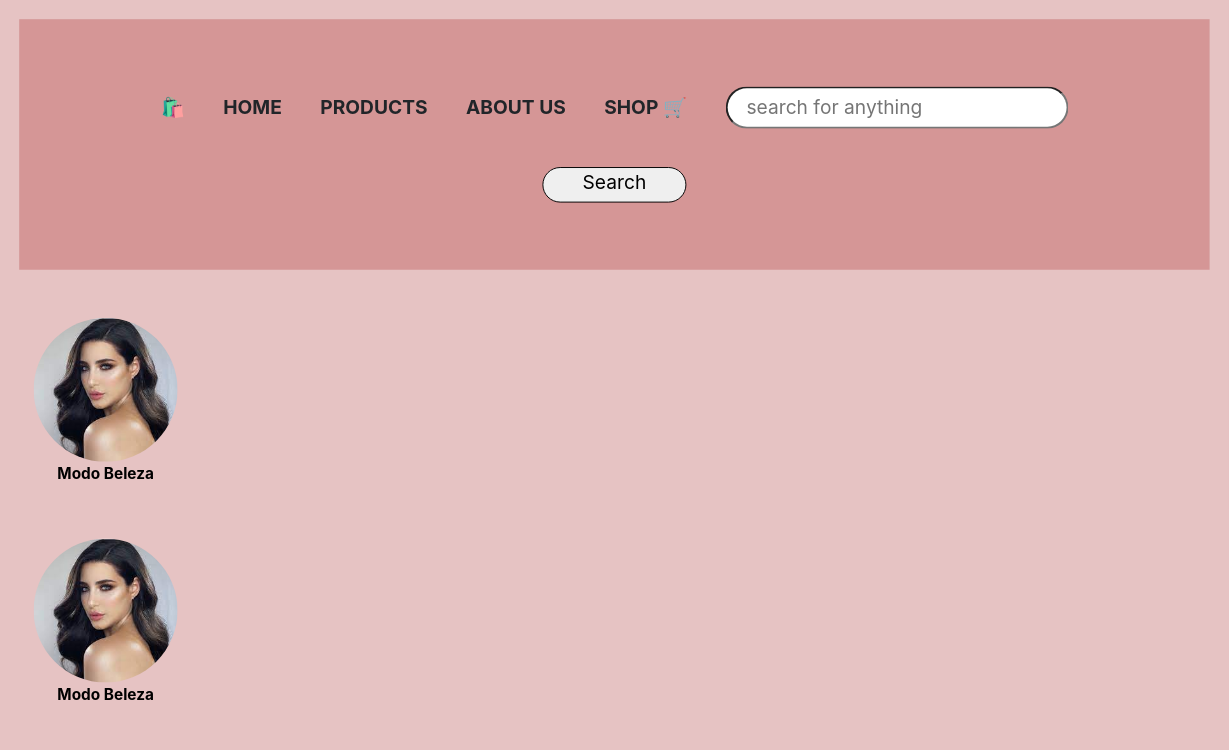
Repository: thf4/Project-Shop
Page: /
The author's editor kept a copy of each file at every save. The page is drawn from the files as they stood at one save, then again after the next save.
The browser window is 1280 px wide. The pictures show the whole page, at 96% of full size.
The project was rebuilt for these pictures with package versions that can differ from the ones it lists, and the page was loaded fresh each time.

Above is the page before, as saved 2021-04-22 14:35:32.

### src/index.js
import React from 'react';
import ReactDOM from 'react-dom';
import 'bootstrap/dist/css/bootstrap.min.css';
import App from './App'
import Exemplo from './Exemplo'

ReactDOM.render(
  <React.StrictMode>
   <App />
   <Exemplo />
  </React.StrictMode>,
  document.getElementById('root')
);

### src/App.js
/* eslint-disable jsx-a11y/anchor-is-valid */
import "./App.css";

function App() {
  return (
    <div className="App">
      <header className="App-header">
        <ul id="Lista">
          <li>🛍</li>
          <li> HOME </li>
          <li> PRODUCTS </li>
          <li> ABOUT US</li>
          <li> SHOP 🛒</li>
          <li>
            <input
              type="text"
              id="area-find"
              placeholder="search for anything"
            />
          </li>
          <li>
            <button id="button" for="input">
              Search
            </button>
          </li>
        </ul>

      </header>
    </div>
  );
}

export default App;

### src/Exemplo.js
/* eslint-disable jsx-a11y/anchor-is-valid */
import "./Exemplo.css";

function Exemplo(props) {

  return(
    <section  className="list">

    <NovaFoto />
    <NovaFoto />
    </section>
  )
}

function NovaFoto() {
  return (
    <div className="foto-banner">
      <figure >
        <a href="#">
          <picture>
            <img
              className="foto"
              alt="Beleza"
              src="data:[embedded picture, 8015 characters]"
            />
          </picture>
          <figcaption>
            <a href="#" className="link">
              Modo Beleza
            </a>
          </figcaption>
        </a>
      </figure>
    </div>
  );
}

export default Exemplo;

### src/App.css
*{
  margin:0;
  padding:0;
  box-sizing: border-box;
}



.App{
  width: 100%;
  height: auto;
  padding: 20px;
}
body{
  background:#a0171741;
}


#Lista{
  list-style-type: none;
  margin: 0;

  font-weight: bold;
  text-align: center;
  padding: 50px 50px;
}
li{
 display: inline-block;
 font-size: 20px;
 padding: 20px;

}
li:hover{
  color: rgb(209, 9, 59);
}
#button{
  border-radius: 30px;
  border-style: groove;
  border-width: 1px;
  height: 35px;
  width: 150px;
  padding-bottom:35px;
}

#area-find{
  padding:20px;
  border-radius: 50px;
  height: 40px;
  width: 100%;
}
#button:hover{
  border-style: hidden;
}
.App-header{

  background-color: #a0171741;
}

### src/Exemplo.css
.foto-banner{
width:180px;
padding: 10px;
border-radius: 20px;
margin: 20px;
text-align: center;


}
.foto{
  width: 150px;
  border-radius: 120px;
  border-style: hidden  ;

}
.link{
  font-weight: bold;
  color: black;
}
.foto-banner:hover{

border: solid 1px black;


}
.list{
  width: 90vw;
  max-width: 940px;
}
@media screen and (max-width: 768px) {
.navs{
  grid-template-columns: (1,2);
}


}

Loaded but not shown: public/index.html (common file)

After the next save:
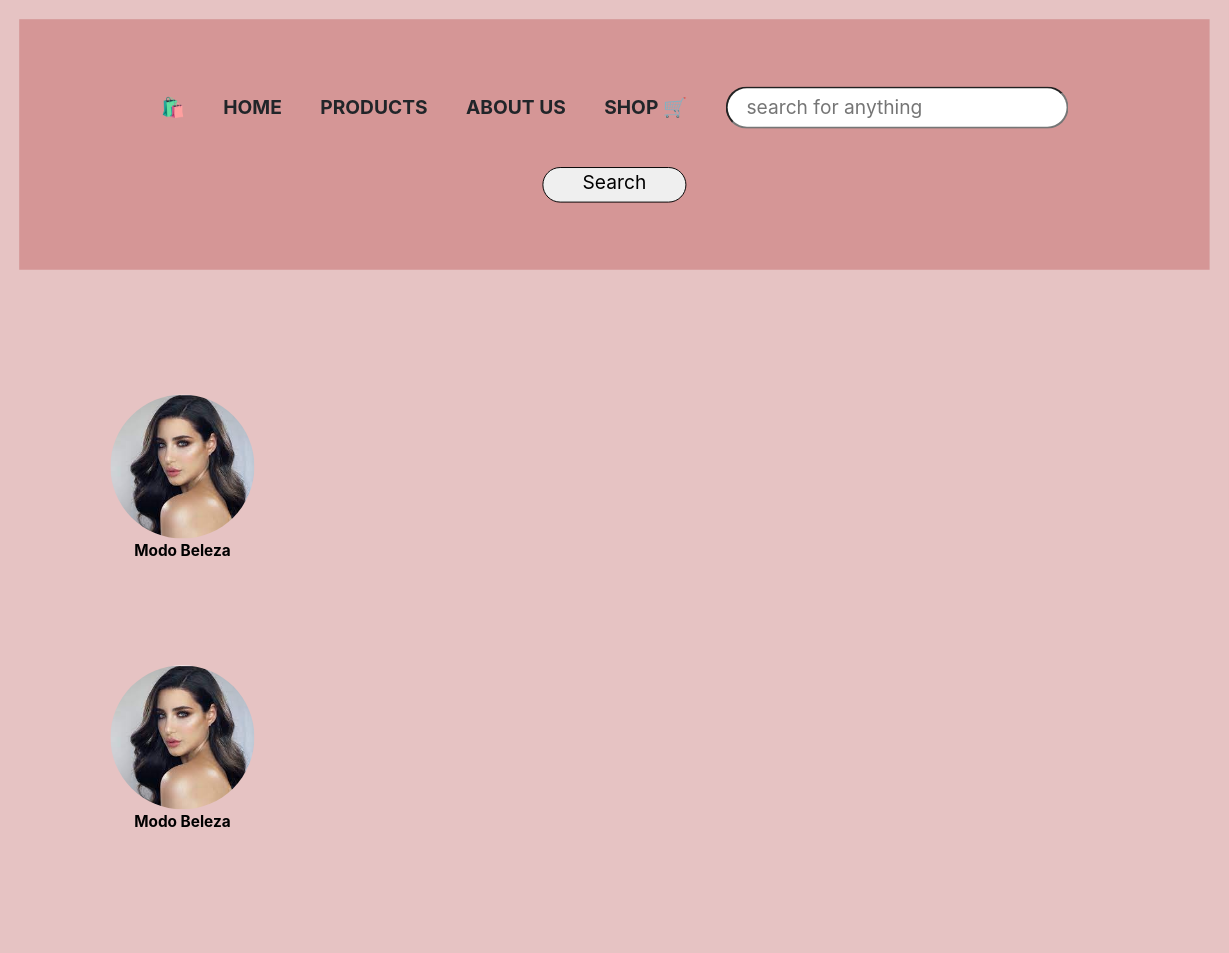
Saved 32 s later.
--- a/src/Exemplo.css
+++ b/src/Exemplo.css
@@ -26,6 +26,9 @@ border: solid 1px black;
 .list{
   width: 90vw;
   max-width: 940px;
+  margin: 5rem;
+  display: grid;
+  gap: 2rem;
 }
 @media screen and (max-width: 768px) {
 .navs{
